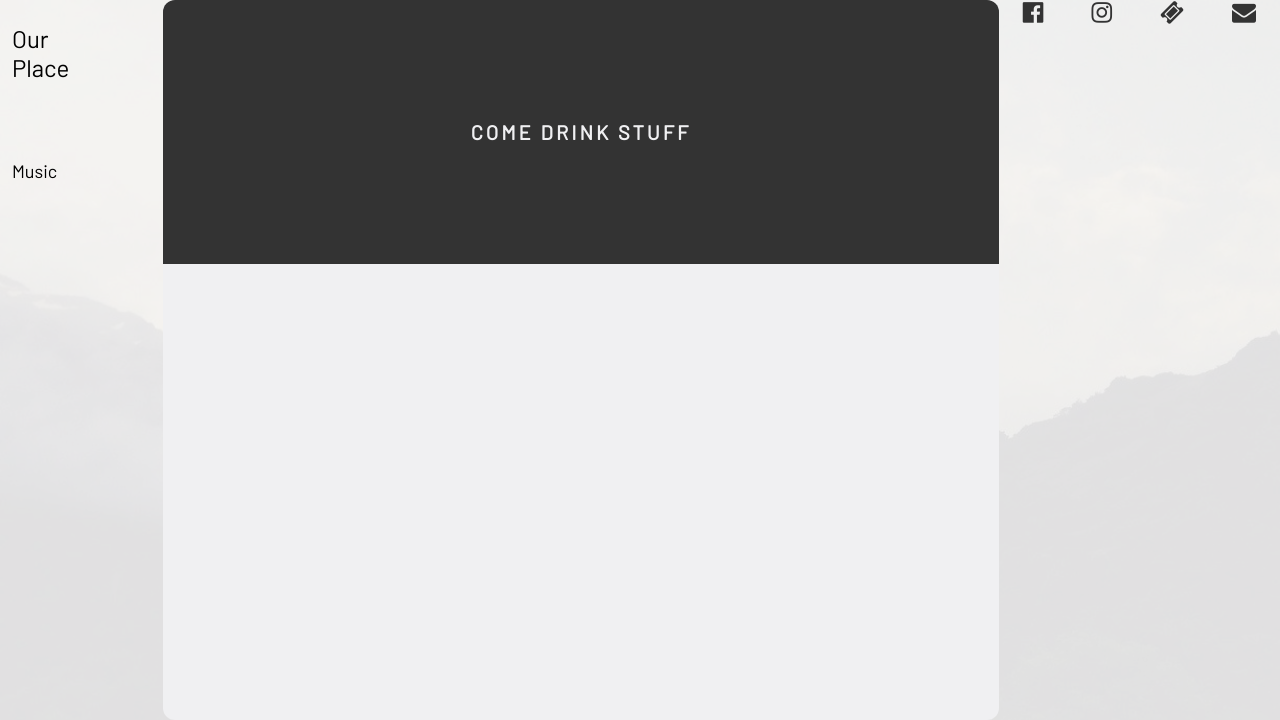
Repository: meghan-kradolfer/our-space-v1
Page: /
An editor plug-in stored every save of this project. The page is shown before and after the next save, followed by the edit.
The browser window is 1280 px wide. The pictures show the whole page.
The project was rebuilt for these pictures with package versions that can differ from the ones it lists, and the page was loaded fresh each time. Also part of the build but not shown: src/containers/music/index.js.

Above is the page before, as saved 2017-11-17 09:00:33.

### public/index.html
<!doctype html>
<html lang="en">
<head>
    <meta charSet="utf-8" />
     <meta charset="utf-8">
    <meta name="viewport" content="width=device-width, initial-scale=1, shrink-to-fit=no">
    <meta name="theme-color" content="#000000">

    <title>Our Place</title>

    <link rel="apple-touch-icon" href="%PUBLIC_URL%/favicon.ico"/>
    <link rel="apple-touch-icon" sizes="76x76" href="%PUBLIC_URL%/favicon.ico"/>
    <link rel="apple-touch-icon" sizes="120x120" href="%PUBLIC_URL%/favicon.ico"/>
    <link rel="apple-touch-icon" sizes="152x152" href="%PUBLIC_URL%/favicon.ico"/>
    <link rel="apple-touch-icon" sizes="180x180" href="%PUBLIC_URL%/favicon.ico"/>
    <link rel="icon" sizes="192x192" href="%PUBLIC_URL%/favicon.ico"/>
    <link rel="shortcut icon" sizes="76x76" type="image/x-icon" href="%PUBLIC_URL%/favicon.ico"/>
    <link rel="mask-icon" href="%PUBLIC_URL%/favicon.ico" color="#000000"/>


    <meta name="description" content="Our Place"/>

    <meta property="og:site_name" content="Our Place"/>
    <meta property="og:title" content="Our Place"/>
    <meta property="og:description" content="Our Place"/>
    <meta property="og:type" content="website"/>
    <meta property="og:url" content="#"/>
    <meta property="og:image" content="#"/>
    <meta property="og:locale" content="en_NZ"/>

    <meta name="twitter:title" content="Our Place"/>
    <meta name="twitter:description" content="Our Place"/>
    <meta name="twitter:card" content="summary"/>
    <meta name="twitter:app:name:iphone" content="Our Place"/>
    <meta name="twitter:app:name:ipad" content="Our Place"/>
    <meta name="twitter:app:name:googleplay" content="Our Place"/>

    <link href="https://maxcdn.bootstrapcdn.com/font-awesome/4.7.0/css/font-awesome.min.css" rel="stylesheet" />

   <link href="https://fonts.googleapis.com/css?family=Crimson+Text:400,400i,600,600i,700" rel="stylesheet" />
   <link href="https://fonts.googleapis.com/css?family=Barlow" rel="stylesheet">

</head>
<body>
 <noscript>
      You need to enable JavaScript to run this app.
    </noscript>
<div id="root"></div>
</body>
</html>

### src/index.js
import React from 'react';
import ReactDOM from 'react-dom';
import {BrowserRouter as Router} from 'react-router-dom'
import './index.css';
import App from './containers/app'
import registerServiceWorker from './registerServiceWorker';

ReactDOM.render(<Router><App /></Router>, document.getElementById('root'));
registerServiceWorker();

### src/index.css
@keyframes bubble {
  100% {
    -webkit-transform: translate(-1px, 2px);
    -moz-transform: translate(-1px, 2px);
    -ms-transform: translate(-1px, 2px);
    -o-transform: translate(-1px, 2px);
    transform: translate(-1px, 2px); }
  75% {
    -webkit-transform: translate(3px, -2px);
    -moz-transform: translate(3px, -2px);
    -ms-transform: translate(3px, -2px);
    -o-transform: translate(3px, -2px);
    transform: translate(3px, -2px); }
  50% {
    -webkit-transform: translate(-1px, 1px);
    -moz-transform: translate(-1px, 1px);
    -ms-transform: translate(-1px, 1px);
    -o-transform: translate(-1px, 1px);
    transform: translate(-1px, 1px); }
  25% {
    -webkit-transform: translate(1px, 2px);
    -moz-transform: translate(1px, 2px);
    -ms-transform: translate(1px, 2px);
    -o-transform: translate(1px, 2px);
    transform: translate(1px, 2px); }
  0% {
    -webkit-transform: translate(-1px, -2px);
    -moz-transform: translate(-1px, -2px);
    -ms-transform: translate(-1px, -2px);
    -o-transform: translate(-1px, -2px);
    transform: translate(-1px, -2px); } }

@-webkit-keyframes bubble {
  100% {
    -webkit-transform: translate(-1px, 2px);
    -moz-transform: translate(-1px, 2px);
    -ms-transform: translate(-1px, 2px);
    -o-transform: translate(-1px, 2px);
    transform: translate(-1px, 2px); }
  75% {
    -webkit-transform: translate(3px, -2px);
    -moz-transform: translate(3px, -2px);
    -ms-transform: translate(3px, -2px);
    -o-transform: translate(3px, -2px);
    transform: translate(3px, -2px); }
  50% {
    -webkit-transform: translate(-1px, 1px);
    -moz-transform: translate(-1px, 1px);
    -ms-transform: translate(-1px, 1px);
    -o-transform: translate(-1px, 1px);
    transform: translate(-1px, 1px); }
  25% {
    -webkit-transform: translate(1px, 2px);
    -moz-transform: translate(1px, 2px);
    -ms-transform: translate(1px, 2px);
    -o-transform: translate(1px, 2px);
    transform: translate(1px, 2px); }
  0% {
    -webkit-transform: translate(-1px, -2px);
    -moz-transform: translate(-1px, -2px);
    -ms-transform: translate(-1px, -2px);
    -o-transform: translate(-1px, -2px);
    transform: translate(-1px, -2px); } }

@keyframes bubblebubble {
  50% {
    -webkit-transform: translate(0px, -130px);
    -moz-transform: translate(0px, -130px);
    -ms-transform: translate(0px, -130px);
    -o-transform: translate(0px, -130px);
    transform: translate(0px, -130px);
    opacity: 0; }
  40% {
    -webkit-transform: translate(3px, -90px);
    -moz-transform: translate(3px, -90px);
    -ms-transform: translate(3px, -90px);
    -o-transform: translate(3px, -90px);
    transform: translate(3px, -90px);
    opacity: 0.4; }
  30% {
    -webkit-transform: translate(-3px, -60px);
    -moz-transform: translate(-3px, -60px);
    -ms-transform: translate(-3px, -60px);
    -o-transform: translate(-3px, -60px);
    transform: translate(-3px, -60px);
    opacity: 0.6; }
  100% {
    opacity: 0;
    -webkit-transform: translate(0px, 0px);
    -moz-transform: translate(0px, 0px);
    -ms-transform: translate(0px, 0px);
    -o-transform: translate(0px, 0px);
    transform: translate(0px, 0px); }
  90% {
    -webkit-transform: translate(0px, -130px);
    -moz-transform: translate(0px, -130px);
    -ms-transform: translate(0px, -130px);
    -o-transform: translate(0px, -130px);
    transform: translate(0px, -130px);
    opacity: 0; }
  20% {
    -webkit-transform: translate(4px, -40px);
    -moz-transform: translate(4px, -40px);
    -ms-transform: translate(4px, -40px);
    -o-transform: translate(4px, -40px);
    transform: translate(4px, -40px);
    opacity: 0.7; }
  10% {
    -webkit-transform: translate(-4px, -20px);
    -moz-transform: translate(-4px, -20px);
    -ms-transform: translate(-4px, -20px);
    -o-transform: translate(-4px, -20px);
    transform: translate(-4px, -20px);
    opacity: 0.8; }
  0% {
    -webkit-transform: translate(0px, 0px);
    -moz-transform: translate(0px, 0px);
    -ms-transform: translate(0px, 0px);
    -o-transform: translate(0px, 0px);
    transform: translate(0px, 0px);
    opacity: 0.9; } }

@-webkit-keyframes bubblebubble {
  50% {
    -webkit-transform: translate(0px, -130px);
    -moz-transform: translate(0px, -130px);
    -ms-transform: translate(0px, -130px);
    -o-transform: translate(0px, -130px);
    transform: translate(0px, -130px);
    opacity: 0; }
  40% {
    -webkit-transform: translate(3px, -90px);
    -moz-transform: translate(3px, -90px);
    -ms-transform: translate(3px, -90px);
    -o-transform: translate(3px, -90px);
    transform: translate(3px, -90px);
    opacity: 0.4; }
  30% {
    -webkit-transform: translate(-3px, -60px);
    -moz-transform: translate(-3px, -60px);
    -ms-transform: translate(-3px, -60px);
    -o-transform: translate(-3px, -60px);
    transform: translate(-3px, -60px);
    opacity: 0.6; }
  100% {
    opacity: 0;
    -webkit-transform: translate(0px, 0px);
    -moz-transform: translate(0px, 0px);
    -ms-transform: translate(0px, 0px);
    -o-transform: translate(0px, 0px);
    transform: translate(0px, 0px); }
  90% {
    -webkit-transform: translate(0px, -130px);
    -moz-transform: translate(0px, -130px);
    -ms-transform: translate(0px, -130px);
    -o-transform: translate(0px, -130px);
    transform: translate(0px, -130px);
    opacity: 0; }
  20% {
    -webkit-transform: translate(4px, -40px);
    -moz-transform: translate(4px, -40px);
    -ms-transform: translate(4px, -40px);
    -o-transform: translate(4px, -40px);
    transform: translate(4px, -40px);
    opacity: 0.7; }
  10% {
    -webkit-transform: translate(-4px, -20px);
    -moz-transform: translate(-4px, -20px);
    -ms-transform: translate(-4px, -20px);
    -o-transform: translate(-4px, -20px);
    transform: translate(-4px, -20px);
    opacity: 0.8; }
  0% {
    -webkit-transform: translate(0px, 0px);
    -moz-transform: translate(0px, 0px);
    -ms-transform: translate(0px, 0px);
    -o-transform: translate(0px, 0px);
    transform: translate(0px, 0px);
    opacity: 0.9; } }

/* ==========================================================================
   Normalize.scss settings
   ========================================================================== */
/**
 * Includes legacy browser support IE6/7
 *
 * Set to false if you want to drop support for IE6 and IE7
 */
/* Base
   ========================================================================== */
/**
 * 1. Set default font family to sans-serif.
 * 2. Prevent iOS and IE text size adjust after device orientation change,
 *    without disabling user zoom.
 * 3. Corrects text resizing oddly in IE 6/7 when body `font-size` is set using
 *  `em` units.
 */
html {
  font-family: sans-serif;
  /* 1 */
  -ms-text-size-adjust: 100%;
  /* 2 */
  -webkit-text-size-adjust: 100%;
  /* 2 */ }

/**
 * Remove default margin.
 */
body {
  margin: 0; }

/* HTML5 display definitions
   ========================================================================== */
/**
 * Correct `block` display not defined for any HTML5 element in IE 8/9.
 * Correct `block` display not defined for `details` or `summary` in IE 10/11
 * and Firefox.
 * Correct `block` display not defined for `main` in IE 11.
 */
article,
aside,
details,
figcaption,
figure,
footer,
header,
hgroup,
main,
menu,
nav,
section,
summary {
  display: block; }

/**
 * 1. Correct `inline-block` display not defined in IE 6/7/8/9 and Firefox 3.
 * 2. Normalize vertical alignment of `progress` in Chrome, Firefox, and Opera.
 */
audio,
canvas,
progress,
video {
  display: inline-block;
  /* 1 */
  vertical-align: baseline;
  /* 2 */ }

/**
 * Prevents modern browsers from displaying `audio` without controls.
 * Remove excess height in iOS 5 devices.
 */
audio:not([controls]) {
  display: none;
  height: 0; }

/**
 * Address `[hidden]` styling not present in IE 8/9/10.
 * Hide the `template` element in IE 8/9/10/11, Safari, and Firefox < 22.
 */
[hidden],
template {
  display: none; }

/* Links
   ========================================================================== */
/**
 * Remove the gray background color from active links in IE 10.
 */
a {
  background-color: transparent; }

/**
 * Improve readability of focused elements when they are also in an
 * active/hover state.
 */
a:active, a:hover {
  outline: 0; }

/* Text-level semantics
   ========================================================================== */
/**
 * Address styling not present in IE 8/9/10/11, Safari, and Chrome.
 */
abbr[title] {
  border-bottom: 1px dotted; }

/**
 * Address style set to `bolder` in Firefox 4+, Safari, and Chrome.
 */
b,
strong {
  font-weight: bold; }

/**
 * Address styling not present in Safari and Chrome.
 */
dfn {
  font-style: italic; }

/**
 * Address variable `h1` font-size and margin within `section` and `article`
 * contexts in Firefox 4+, Safari, and Chrome.
 */
h1 {
  font-size: 2em;
  margin: 0.67em 0; }

/**
 * Addresses styling not present in IE 8/9.
 */
mark {
  background: #ff0;
  color: #000; }

/**
 * Address inconsistent and variable font size in all browsers.
 */
small {
  font-size: 80%; }

/**
 * Prevent `sub` and `sup` affecting `line-height` in all browsers.
 */
sub,
sup {
  font-size: 75%;
  line-height: 0;
  position: relative;
  vertical-align: baseline; }

sup {
  top: -0.5em; }

sub {
  bottom: -0.25em; }

/* Embedded content
   ========================================================================== */
/**
 * 1. Remove border when inside `a` element in IE 8/9/10.
 * 2. Improves image quality when scaled in IE 7.
 */
img {
  border: 0; }

/**
 * Correct overflow not hidden in IE 9/10/11.
 */
svg:not(:root) {
  overflow: hidden; }

/* Grouping content
   ========================================================================== */
/**
 * Address margin not present in IE 8/9 and Safari.
 */
figure {
  margin: 1em 40px; }

/**
 * Address differences between Firefox and other browsers.
 */
hr {
  box-sizing: content-box;
  height: 0; }

/**
 * Contain overflow in all browsers.
 */
pre {
  overflow: auto; }

/**
 * Address odd `em`-unit font size rendering in all browsers.
 * Correct font family set oddly in IE 6, Safari 4/5, and Chrome.
 */
code,
kbd,
pre,
samp {
  font-family: monospace, monospace;
  font-size: 1em; }

/* Forms
   ========================================================================== */
/**
 * Known limitation: by default, Chrome and Safari on OS X allow very limited
 * styling of `select`, unless a `border` property is set.
 */
/**
 * 1. Correct color not being inherited.
 *  Known issue: affects color of disabled elements.
 * 2. Correct font properties not being inherited.
 * 3. Address margins set differently in Firefox 4+, Safari, and Chrome.
 * 4. Improves appearance and consistency in all browsers.
 */
button,
input,
optgroup,
select,
textarea {
  color: inherit;
  /* 1 */
  font: inherit;
  /* 2 */
  margin: 0;
  /* 3 */ }

/**
 * Address `overflow` set to `hidden` in IE 8/9/10/11.
 */
button {
  overflow: visible; }

/**
 * Address inconsistent `text-transform` inheritance for `button` and `select`.
 * All other form control elements do not inherit `text-transform` values.
 * Correct `button` style inheritance in Firefox, IE 8/9/10/11, and Opera.
 * Correct `select` style inheritance in Firefox.
 */
button,
select {
  text-transform: none; }

/**
 * 1. Avoid the WebKit bug in Android 4.0.* where (2) destroys native `audio`
 *  and `video` controls.
 * 2. Correct inability to style clickable `input` types in iOS.
 * 3. Improve usability and consistency of cursor style between image-type
 *  `input` and others.
 * 4. Removes inner spacing in IE 7 without affecting normal text inputs.
 *  Known issue: inner spacing remains in IE 6.
 */
button,
html input[type="button"],
input[type="reset"],
input[type="submit"] {
  -webkit-appearance: button;
  /* 2 */
  cursor: pointer;
  /* 3 */ }

/**
 * Re-set default cursor for disabled elements.
 */
button[disabled],
html input[disabled] {
  cursor: default; }

/**
 * Remove inner padding and border in Firefox 4+.
 */
button::-moz-focus-inner,
input::-moz-focus-inner {
  border: 0;
  padding: 0; }

/**
 * Address Firefox 4+ setting `line-height` on `input` using `!important` in
 * the UA stylesheet.
 */
input {
  line-height: normal; }

/**
 * 1. Address box sizing set to `content-box` in IE 8/9/10.
 * 2. Remove excess padding in IE 8/9/10.
 *  Known issue: excess padding remains in IE 6.
 */
input[type="checkbox"],
input[type="radio"] {
  box-sizing: border-box;
  /* 1 */
  padding: 0;
  /* 2 */ }

/**
 * Fix the cursor style for Chrome's increment/decrement buttons. For certain
 * `font-size` values of the `input`, it causes the cursor style of the
 * decrement button to change from `default` to `text`.
 */
input[type="number"]::-webkit-inner-spin-button,
input[type="number"]::-webkit-outer-spin-button {
  height: auto; }

/**
 * 1. Address `appearance` set to `searchfield` in Safari and Chrome.
 * 2. Address `box-sizing` set to `border-box` in Safari and Chrome.
 */
input[type="search"] {
  -webkit-appearance: textfield;
  /* 1 */
  box-sizing: content-box;
  /* 2 */ }

/**
 * Remove inner padding and search cancel button in Safari and Chrome on OS X.
 * Safari (but not Chrome) clips the cancel button when the search input has
 * padding (and `textfield` appearance).
 */
input[type="search"]::-webkit-search-cancel-button,
input[type="search"]::-webkit-search-decoration {
  -webkit-appearance: none; }

/**
 * Define consistent border, margin, and padding.
 */
fieldset {
  border: 1px solid #c0c0c0;
  margin: 0 2px;
  padding: 0.35em 0.625em 0.75em; }

/**
 * 1. Correct `color` not being inherited in IE 8/9/10/11.
 * 2. Remove padding so people aren't caught out if they zero out fieldsets.
 * 3. Corrects text not wrapping in Firefox 3.
 * 4. Corrects alignment displayed oddly in IE 6/7.
 */
legend {
  border: 0;
  /* 1 */
  padding: 0;
  /* 2 */ }

/**
 * Remove default vertical scrollbar in IE 8/9/10/11.
 */
textarea {
  overflow: auto; }

/**
 * Don't inherit the `font-weight` (applied by a rule above).
 * NOTE: the default cannot safely be changed in Chrome and Safari on OS X.
 */
optgroup {
  font-weight: bold; }

/* Tables
   ========================================================================== */
/**
 * Remove most spacing between table cells.
 */
table {
  border-collapse: collapse;
  border-spacing: 0; }

td,
th {
  padding: 0; }

a {
  color: inherit; }

* {
  box-sizing: border-box; }

html,
body {
  height: 100%;
  font-size: 12px; }

html {
  background-image: url("/assets/img/bg.jpg");
  background-size: cover; }

body {
  background-color: rgba(244, 244, 244, 0.9); }

img {
  max-width: 100%; }

.container {
  padding: 0;
  margin: 0;
  list-style: none;
  height: 100vh;
  -ms-box-orient: horizontal;
  display: flex;
  justify-content: space-around;
  flex-flow: row wrap;
  align-items: stretch; }

header {
  flex: 1;
  height: 100vh;
  overflow: scroll; }

main {
  font-family: "Barlow", sans-serif;
  flex: 6;
  height: 100vh;
  background: #F0F0F2;
  overflow: scroll;
  border-radius: 1rem; }

h1 {
  font-weight: 600;
  color: rgba(47, 47, 47, 0.98);
  text-transform: uppercase;
  font-size: 20px;
  letter-spacing: 3px;
  padding: 1rem;
  margin: 0; }

h2 {
  background-color: rgba(47, 47, 47, 0.98);
  font-weight: 600;
  color: #F0F0F2;
  text-transform: uppercase;
  font-size: 20px;
  letter-spacing: 3px;
  padding: 1rem;
  margin: 0; }

a {
  position: relative;
  text-decoration: none;
  color: inherit; }

.row {
  max-width: 80rem;
  margin: 0 auto; }

.col-12, .col-10, .col-9, .col-6, .col-4, .col-3 {
  display: inline-block;
  vertical-align: middle; }

.col-12 {
  width: 100%; }

.col-10 {
  width: 83.3%; }

.col-9 {
  width: 75%; }

.col-6 {
  width: 50%; }

.col-4 {
  width: 33.3%; }

.col-3 {
  width: 25%; }

.top-banner {
  background-color: rgba(47, 47, 47, 0.98); }
  .top-banner h1 {
    color: #F0F0F2;
    padding: 10rem 0;
    text-align: center; }

header {
  font-family: "Barlow", sans-serif;
  padding: 1rem 0;
  font-size: 1.5rem;
  padding: 0 1rem; }
  header .flex-item {
    display: flex;
    flex-direction: column; }
  header .logo {
    font-size: 2rem;
    padding: 2rem 0 5rem 0; }
  header .nav-item {
    flex-direction: column;
    color: rgba(47, 47, 47, 0.98);
    padding: 1rem 0;
    border-top: 1px solid rgba(47, 47, 47, 0.98);
    padding-bottom: 4rem; }
    header .nav-item:hover {
      color: #66857B;
      border-color: #66857B; }
  header strong {
    display: block; }

footer .social {
  text-align: center;
  color: rgba(47, 47, 47, 0.98); }
  footer .social i {
    font-size: 2rem;
    padding: 0 2rem;
    cursor: pointer; }
    footer .social i:hover {
      color: #66857B; }

### src/containers/app/index.js
import React from 'react';
import {Route, Link} from 'react-router-dom'
import Home from '../home'
import Music from '../music'
import Nav from '../../components/nav'
import Footer from '../../components/footer'
import tracker from '../../utils/google-analytics';


const App = () => (
  <div className="container">
    <Nav>
      <Link to="/">
      <p></p>
      </Link>
      <Link to="/music">Music</Link>
    </Nav>
    <main>
      <Route exact path="/" component={tracker(Home)}/>
      <Route exact path="/music" component={tracker(Music)}/>
    </main>
    <Footer />
  </div>
);

export default App

### src/containers/home/index.js
import React from 'react'

const Home = props => (
  <div className="home">
   <div className="top-banner">
      <h1>Come Drink Stuff</h1>
   </div>
  </div>
);

export default Home;

### src/components/nav.js
import React from 'react'

class Nav extends React.Component {
  render() {
    return (
      <header>
        <div className="flex-item logo">
          Our <br/> Place
        </div>
        <nav className="flex-item">
          {this.props.children}
        </nav>
      </header>
    )
  }
}

export default Nav

### src/components/footer.js
import React from 'react'
import ReactGA from 'react-ga';

class Footer extends React.Component {
  render() {
    return (
      <footer>
        <div className="social">
      <ReactGA.OutboundLink
        eventLabel="Clicked Facebook link"
        to="https://www.facebook.com/events/2013944188890159/?acontext=%7B%22ref%22%3A%2229%22%2C%22ref_notif_type%22%3A%22plan_user_invited%22%2C%22action_history%22%3A%22null%22%7D&notif_id=1506919579574345&notif_t=plan_user_invited"
        target="_blank">
        <i className="fa fa-facebook-official" aria-hidden="true"></i>
      </ReactGA.OutboundLink>
       <ReactGA.OutboundLink
        eventLabel="Clicked Instagram link"
        to="https://www.instagram.com/comedrinkstuff/"
        target="_blank">
        <i className="fa fa-instagram" aria-hidden="true"></i>
      </ReactGA.OutboundLink>
      <ReactGA.OutboundLink
        eventLabel="Clicked Eventbrite link"
        to="https://www.eventbrite.com/e/come-drink-stuff-01-vulcan-brewers-tickets-38309428532"
        target="_blank">
        <i className="fa fa-ticket" aria-hidden="true"></i>
      </ReactGA.OutboundLink>
      <ReactGA.OutboundLink
        eventLabel="Clicked Email link"
        to="mailto:info@comedrinkstuff.com">
        <i className="fa fa-envelope" aria-hidden="true"></i>
      </ReactGA.OutboundLink>


    </div>
      </footer>
    )
  }
}

export default Footer

### src/utils/google-analytics.js
import React from 'react';
import ReactGA from 'react-ga';

ReactGA.initialize('UA-107493752-1');

const tracker = (WrappedComponent) => {
  const trackPage = (page) => {
    ReactGA.pageview(page);
  };

  const HOC = (props) => {
    const page = props.location.pathname;
    trackPage(page);

    return (
      <WrappedComponent {...props} />
    );
  };

  return HOC;
};

export default tracker;

Loaded but not shown: src/registerServiceWorker.js (common file)

After the next save:
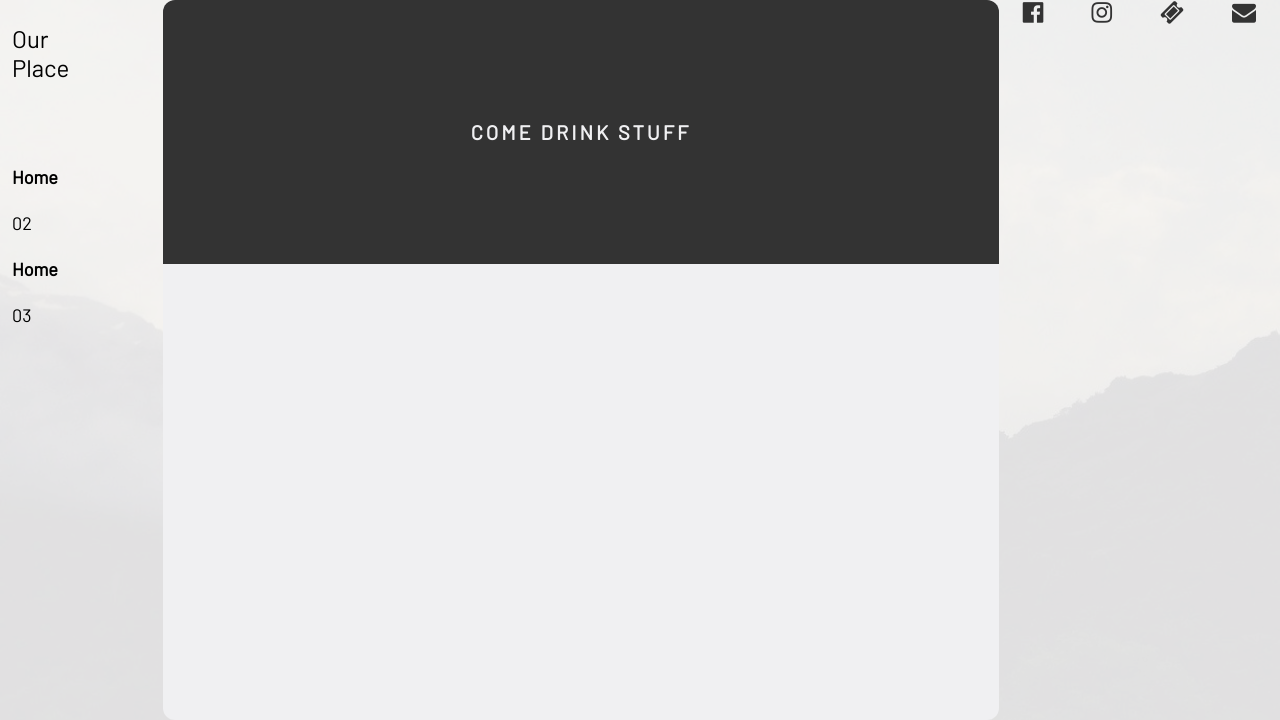
Saved 106 s later.
--- a/src/containers/app/index.js
+++ b/src/containers/app/index.js
@@ -11,9 +11,13 @@ const App = () => (
   <div className="container">
     <Nav>
       <Link to="/">
-      <p></p>
+        <h4>Home</h4>
+        02
       </Link>
-      <Link to="/music">Music</Link>
+      <Link to="/music">
+        <h4>Home</h4>
+        03
+      </Link>
     </Nav>
     <main>
       <Route exact path="/" component={tracker(Home)}/>
